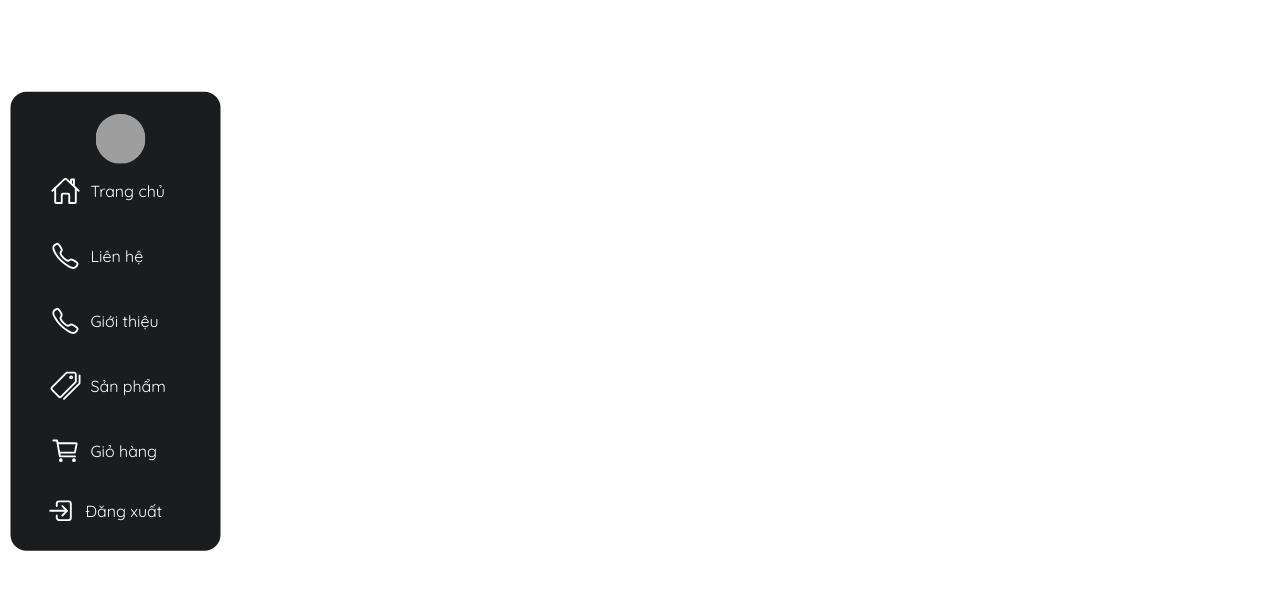
Repository: Fuocmanh/demo
Page: site/nav.html
The author's editor kept a copy of each file at every save. The page is drawn from the files as they stood at one save, then again after a run of saves.
The browser window is 1280 px wide. The pictures show the whole page.
Pictures or frames that could not be fetched are drawn as grey boxes.

Above is the page before, as saved 2022-12-30 12:34:12.

After the next 2 saves:
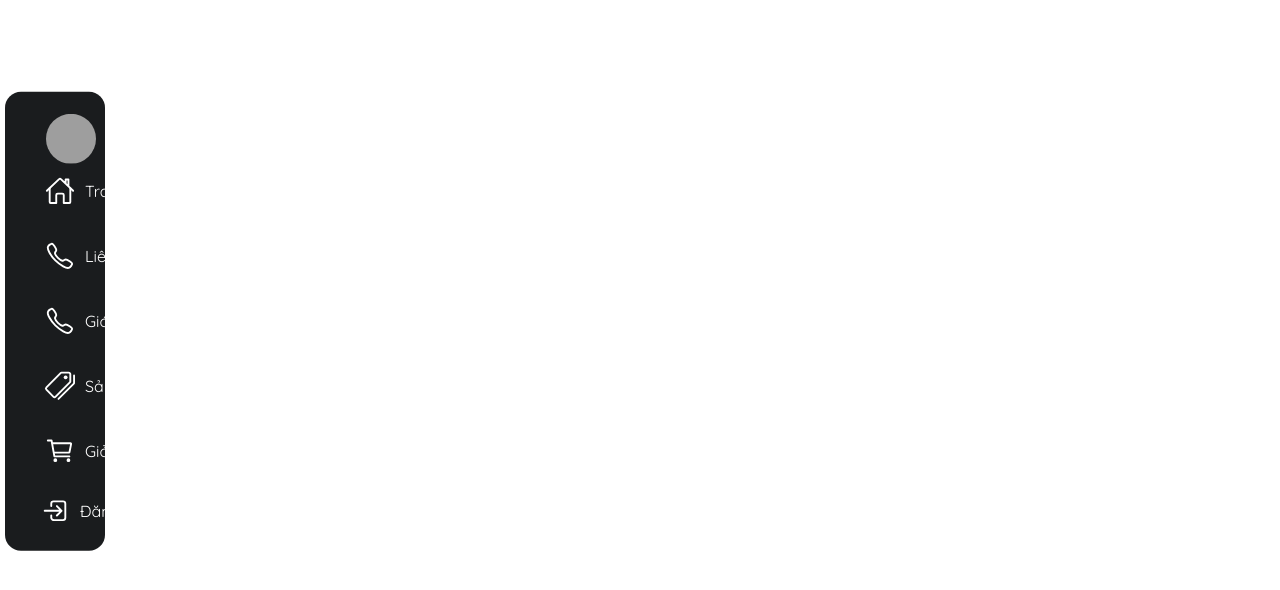
The 2 saves are shown as one change because they came seconds apart.
The last was saved 60 s later.
--- a/css/style.css
+++ b/css/style.css
@@ -21,7 +21,7 @@
     border-radius: 16px;
     transform: translate(5%,20%);
 }
-.sidebar:not-hover{
+.sidebar:not(:hover){
     width: 100px;
 }
 ion-icon {

After the save that followed:
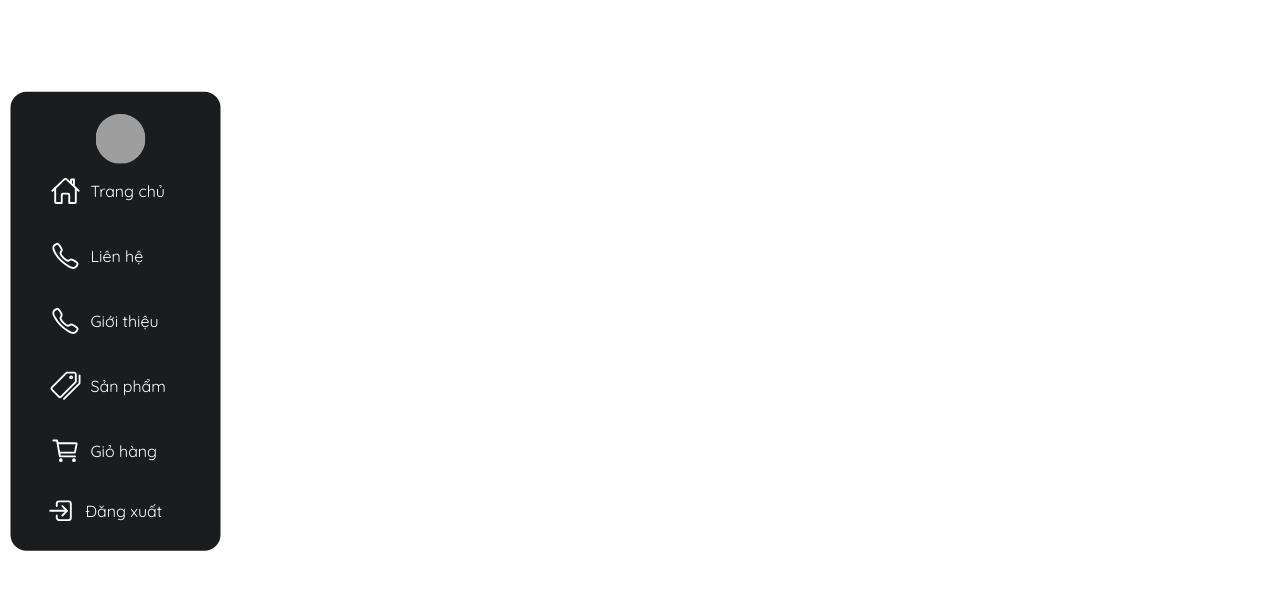
Saved 8 s later.
--- a/css/style.css
+++ b/css/style.css
@@ -21,7 +21,7 @@
     border-radius: 16px;
     transform: translate(5%,20%);
 }
-.sidebar:not(:hover){
+.sidebar:not(:hover)>{
     width: 100px;
 }
 ion-icon {
